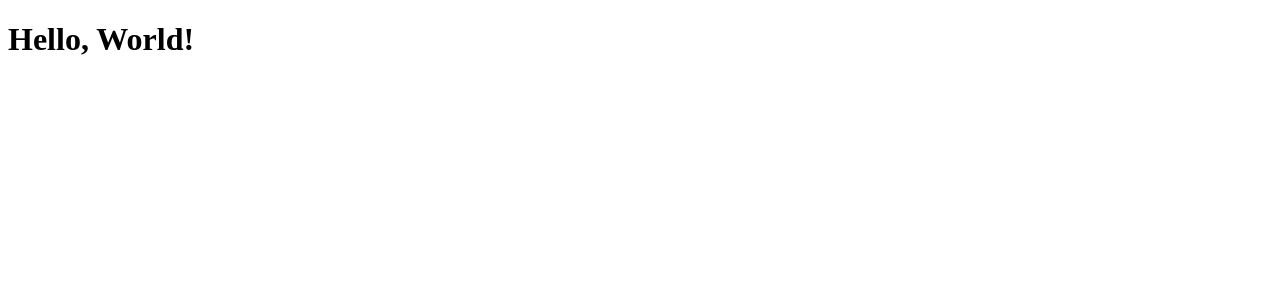
Repository: jaisydh07/WEBD6201-Week1
Page: index.html
An editor plug-in stored every save of this project. The page is shown before and after the next save, followed by the edit.
The browser window is 1280 px wide. The pictures show the whole page.

Above is the page before, as saved 2021-01-28 09:30:35.

### index.html
<!DOCTYPE html>
<html lang="en">
<head>
    <meta charset="UTF-8">
    <meta name="viewport" content="width=device-width, initial-scale=1.0">
    <title>Hello, World!</title>
    <!-- CSS Section -->

</head>
<body>
    <div>
        <h1>Hello, World!</h1>
    </div>

    <!-- JavaScript Section -->

</body>
</html>

After the next save:
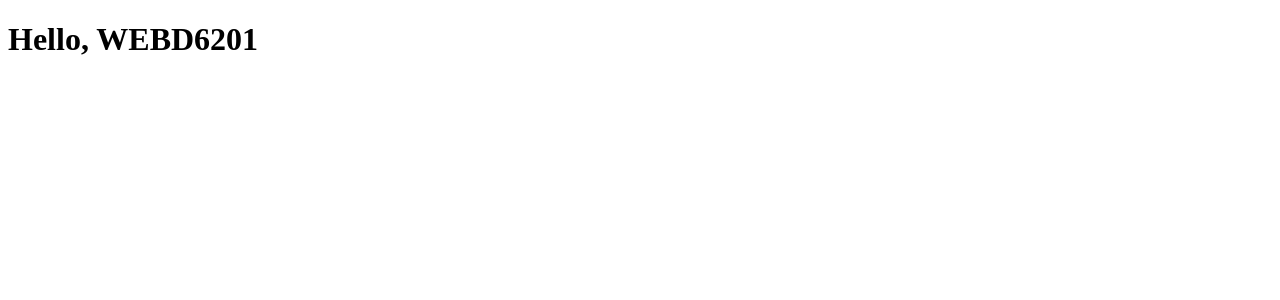
Saved 16 min 59 s later.
--- a/index.html
+++ b/index.html
@@ -9,7 +9,7 @@
 </head>
 <body>
     <div>
-        <h1>Hello, World!</h1>
+        <h1>Hello, WEBD6201</h1>
     </div>
 
     <!-- JavaScript Section -->

After the 5 saves that followed:
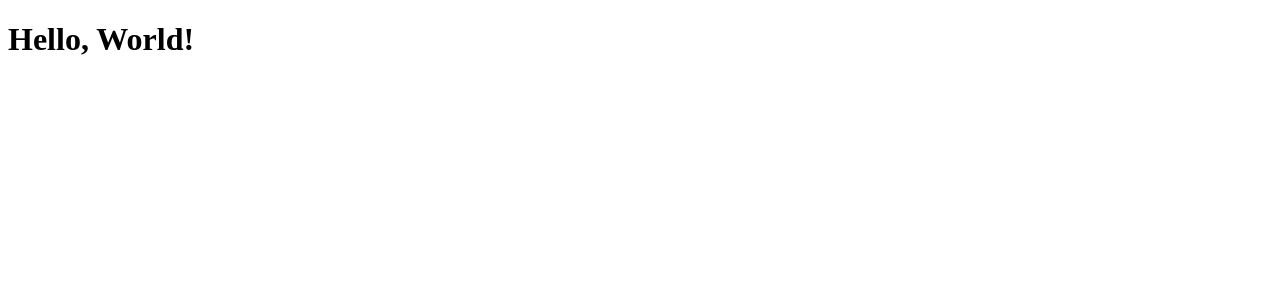
The 5 saves are shown as one change because 4 left the picture as it was.
The last was saved 9 min 30 s later.
--- a/index.html
+++ b/index.html
@@ -5,14 +5,14 @@
     <meta name="viewport" content="width=device-width, initial-scale=1.0">
     <title>Hello, World!</title>
     <!-- CSS Section -->
-
+    <link rel="stylesheet" href="./Content/app.css">
 </head>
 <body>
     <div>
-        <h1>Hello, WEBD6201</h1>
+        <h1>Hello, World!</h1>
     </div>
 
     <!-- JavaScript Section -->
-
+    <script src="./Scripts/app.js"></script>
 </body>
 </html>
--- /dev/null
+++ b/Content/app.css
@@ -0,0 +1 @@
+/* Custom CSS goes here */
--- /dev/null
+++ b/Scripts/app.js
@@ -0,0 +1 @@
+/* Custom Scripts go here */
